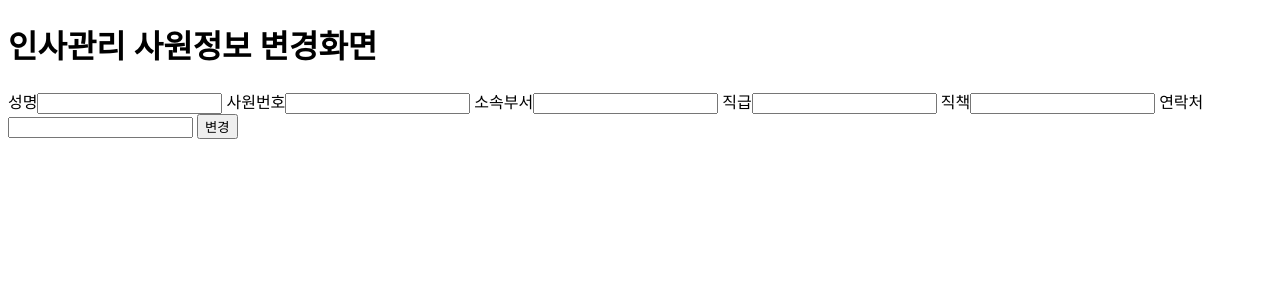
Repository: alsdud0301/jsp_study
Page: http://localhost/practice1/update.jsp
The author's editor kept a copy of each file at every save. The page is drawn from the files as they stood at one save, then again after the next save.
The browser window is 1280 px wide. The pictures show the whole page.
The page is served by Tomcat 9. Other server files are loaded and not shown.

Above is the page before, as saved 2025-05-21 10:35:04.

### practice1/src/main/webapp/update.jsp
<%@ page language="java" contentType="text/html; charset=UTF-8"
    pageEncoding="UTF-8"%>
<!DOCTYPE html>
<html>
<head>
<meta charset="UTF-8">
<title>Insert title here</title>
</head>
<body>
	<h1>인사관리 사원정보 변경화면</h1>
	성명<input type="text" name="name">
	사원번호<input type="text" name="id">
	소속부서<input type="text" name="dept">
	직급<input type="text" name="position">
	직책<input type="text" name="duty">
	연락처<input type="text" name="phone">
	<input type="submit" value="변경">
</body>
</html>

After the next save:
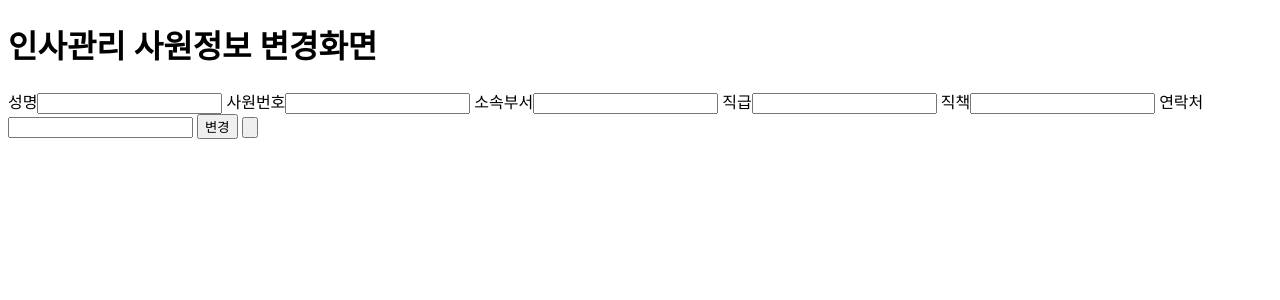
Saved 34 s later.
--- a/practice1/src/main/webapp/update.jsp
+++ b/practice1/src/main/webapp/update.jsp
@@ -15,5 +15,6 @@
 	직책<input type="text" name="duty">
 	연락처<input type="text" name="phone">
 	<input type="submit" value="변경">
+	<input type="button" onclick="location.href='./index.jsp'">
 </body>
 </html>
